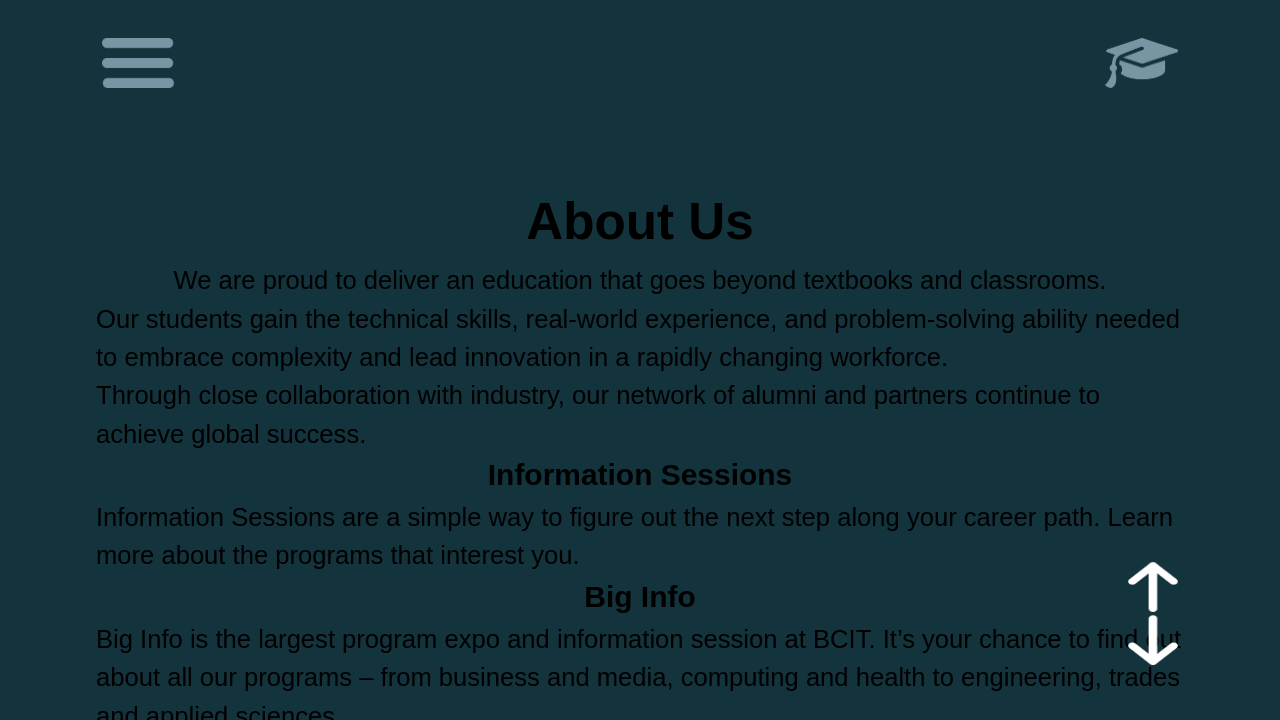
Repository: Kinakopan/playwright_bcit
Page: /about
An editor plug-in stored every save of this project. The page is shown before and after the next save, followed by the edit.
The browser window is 1280 px wide. The pictures show the whole page.
Some web fonts or font styles are not loaded; a fallback is used. The project was rebuilt for these pictures with package versions that can differ from the ones it lists, and the page was loaded fresh each time. The framework's server and built-in components were replaced by stand-ins that run in the browser. Also part of the build but not shown: next.config.js.

Above is the page before, as saved 2023-01-28 10:46:03.

After the next save:
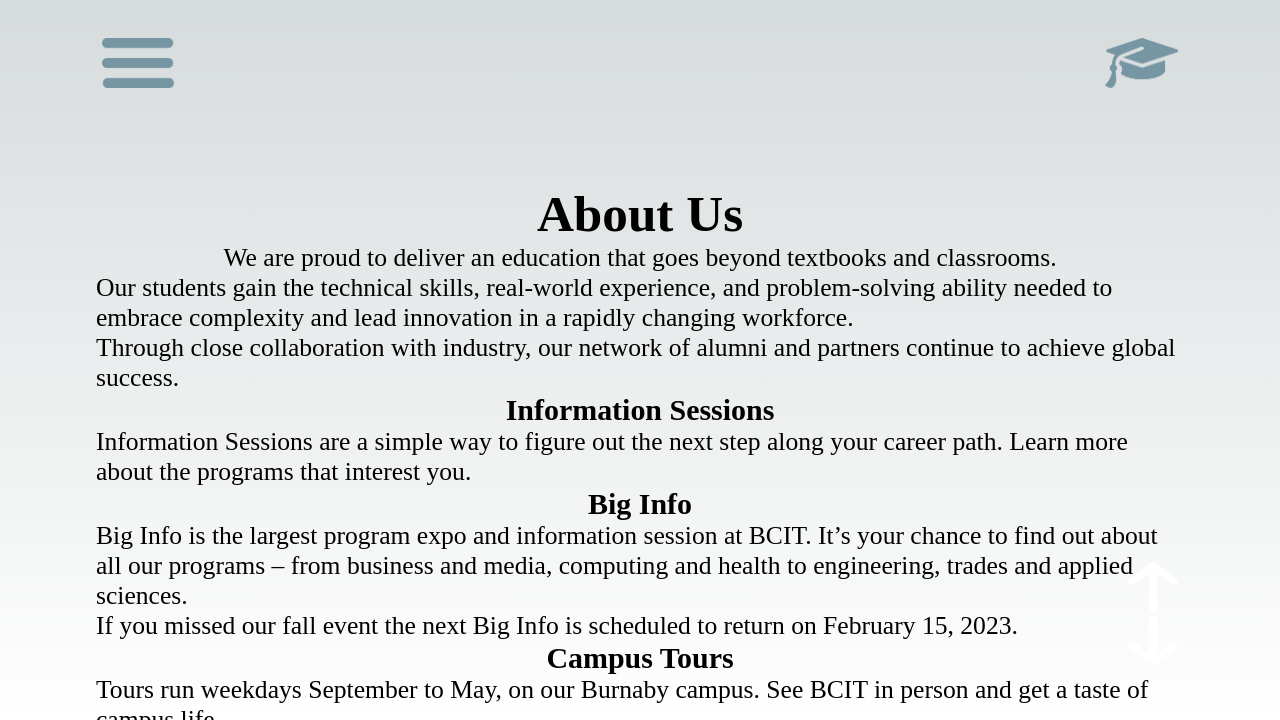
Saved 6 s later.
--- a/styles/Home.module.css
+++ b/styles/Home.module.css
@@ -325,7 +325,7 @@
 
 /* From here - general */
 .body_home,
-.aboutBody,
+.body_about,
 .contactBody,
 .wrapper {
   display: flex;
@@ -336,7 +336,7 @@
 }
 
 .body_home,
-.aboutBody,
+.body_about,
 .contactBody {
   /* font-size: 62.5%; */
   background-size: cover;
@@ -424,36 +424,36 @@
 /*============================
     From here - About Page
 ============================*/
-.aboutBody {
+.body_about {
   background: var(--quaternary-color);
 }
 
-/* .aboutBody .main {
+/* .body_about .main {
 
 } */
 
-.aboutBody .text_heading {
+.body_about .text_heading {
   display: flex;
   align-items: center;
 }
 
-.aboutBody .text_heading::before,
-.aboutBody .text_heading::after {
+.body_about .text_heading::before,
+.body_about .text_heading::after {
   content: "";
   height: 1px;
   flex-grow: 1;
   background: var(--primary-glow);
 }
 
-.aboutBody .text_heading::before {
+.body_about .text_heading::before {
   margin-right: 1rem;
 }
 
-.aboutBody .text_heading::after {
+.body_about .text_heading::after {
   margin-left: 1rem;
 }
 
-.aboutBody .text_body {
+.body_about .text_body {
   display: flex;
   justify-content: flex-start;
   align-items: flex-start;

After the 2 saves that followed:
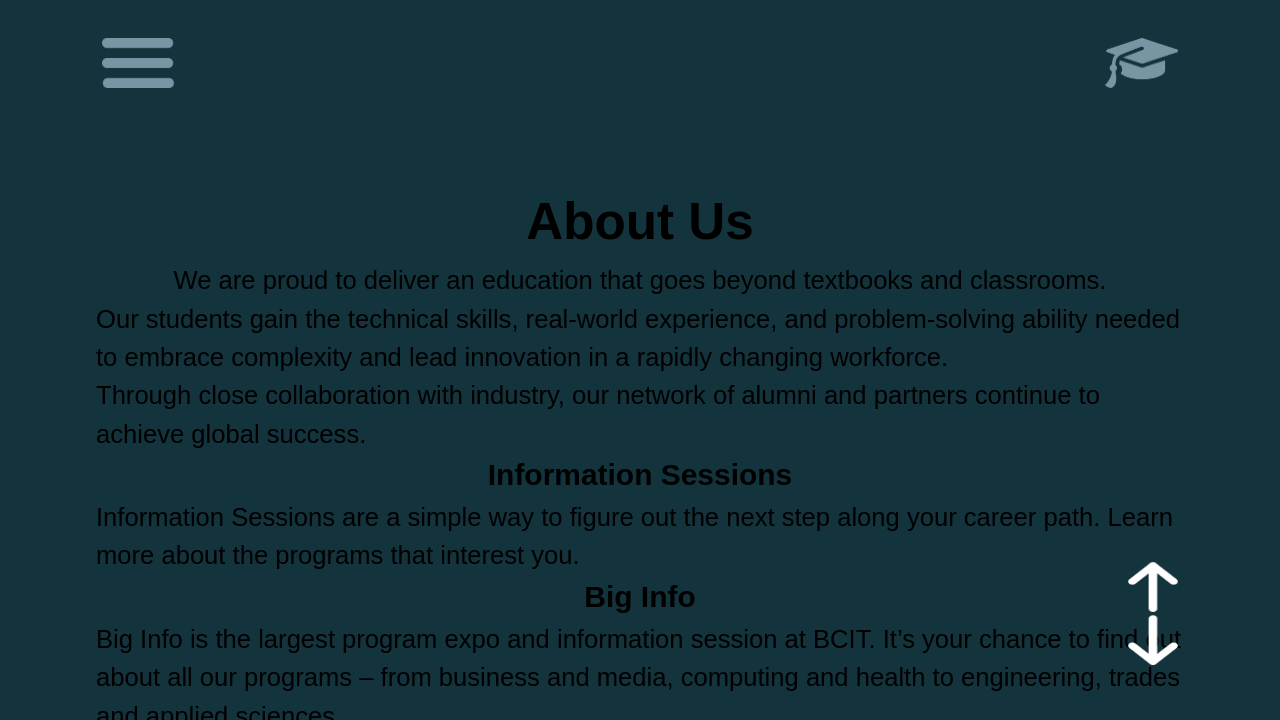
The 2 saves are shown as one change because 1 left the picture as it was.
The last was saved 12 s later.
--- a/pages/about.js
+++ b/pages/about.js
@@ -23,7 +23,7 @@
   return (
     <>
       <div
-        className={styles.aboutBody}
+        className={styles.body_about}
         >
         <div className={styles.wrapper}>
 
--- a/styles/Home.module.css
+++ b/styles/Home.module.css
@@ -326,7 +326,7 @@
 /* From here - general */
 .body_home,
 .body_about,
-.contactBody,
+.body_contact,
 .wrapper {
   display: flex;
   flex-direction: column;
@@ -337,7 +337,7 @@
 
 .body_home,
 .body_about,
-.contactBody {
+.body_contact {
   /* font-size: 62.5%; */
   background-size: cover;
   background-position: center;
